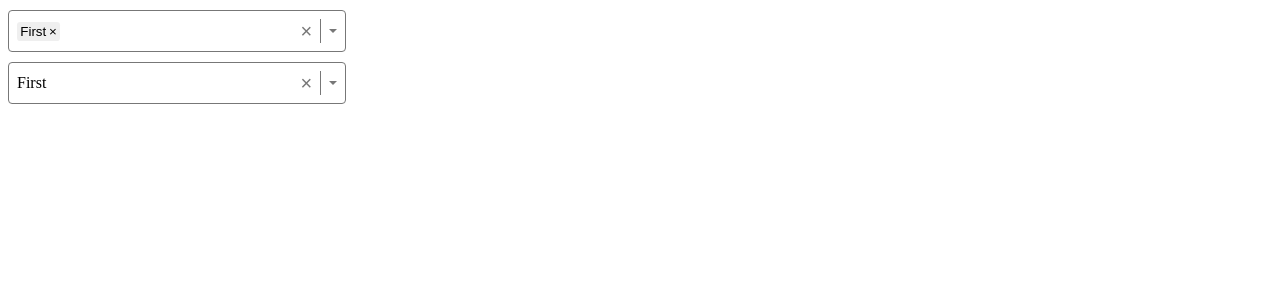
Repository: csabbah/ts-react-custom-select
Page: /
These files come from the project's save history. The page is drawn as it stood at one moment and after the next save; the edit follows.
The browser window is 1280 px wide. The pictures show the whole page.
The project was rebuilt for these pictures with package versions that can differ from the ones it lists, and the page was loaded fresh each time. Also part of the build but not shown: vite.config.ts.

Above is the page before, as saved 2022-12-24 13:20:23.

After the next save:
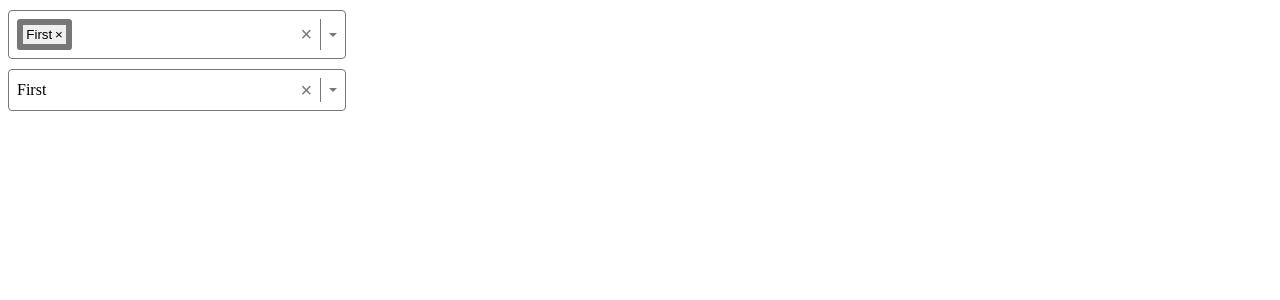
Saved 10 s later.
--- a/src/select.module.css
+++ b/src/select.module.css
@@ -92,7 +92,7 @@
 .option-badge {
   display: flex;
   align-items: center;
-  border: 0.5em #777;
+  border: 0.5em solid #777;
   border-radius: 0.25em;
   padding: 0.15em 0.25em;
   gap: 0.2em;
